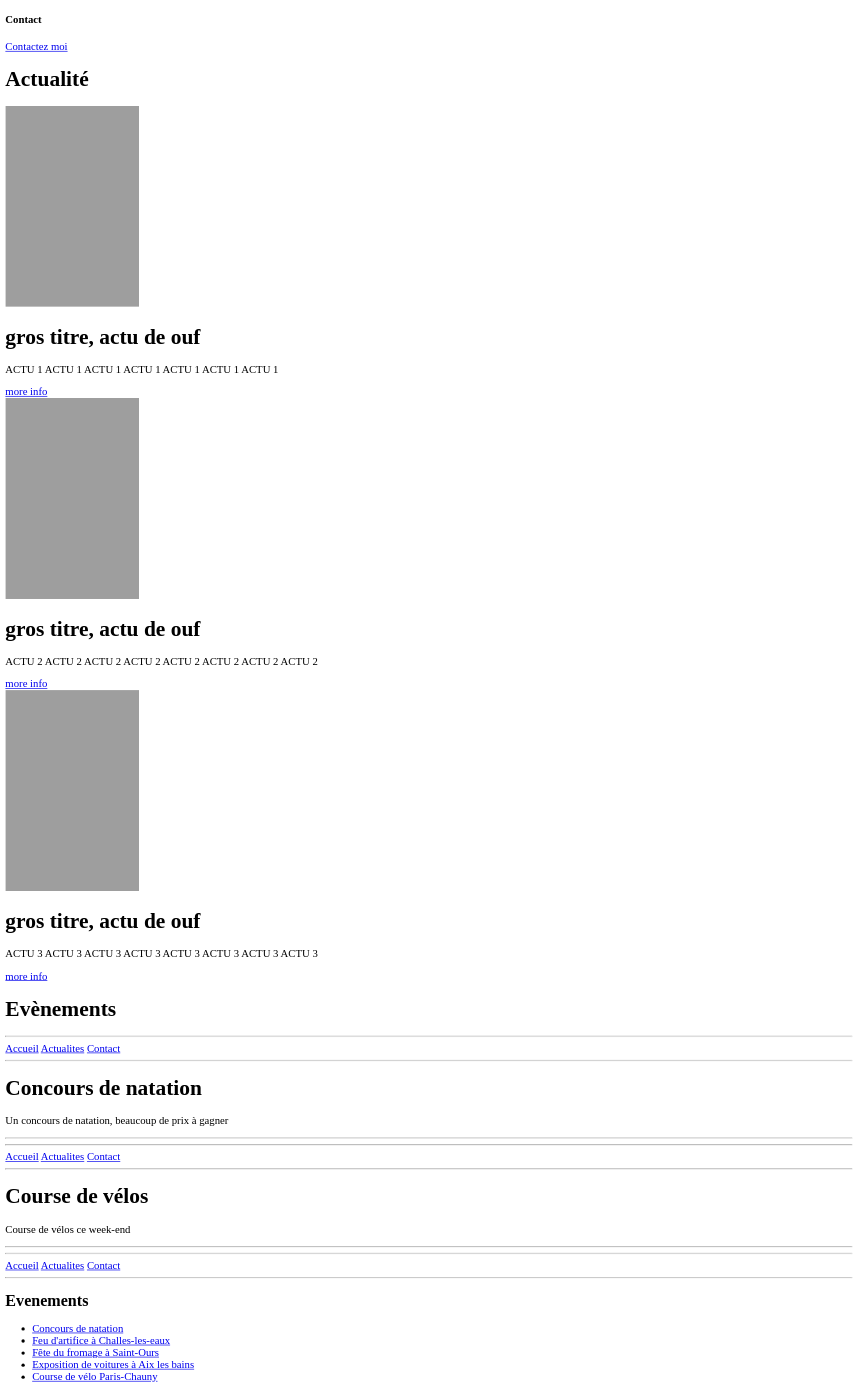
Repository: Mini-T/git-course
Page: index.html
The author's editor kept a copy of each file at every save. The page is drawn from the files as they stood at one save, then again after the next save.
The browser window is 1280 px wide. The pictures show the whole page, at 67% of full size.
Pictures or frames that could not be fetched are drawn as grey boxes.

Above is the page before, as saved 2022-09-26 15:59:24.

After the next save:
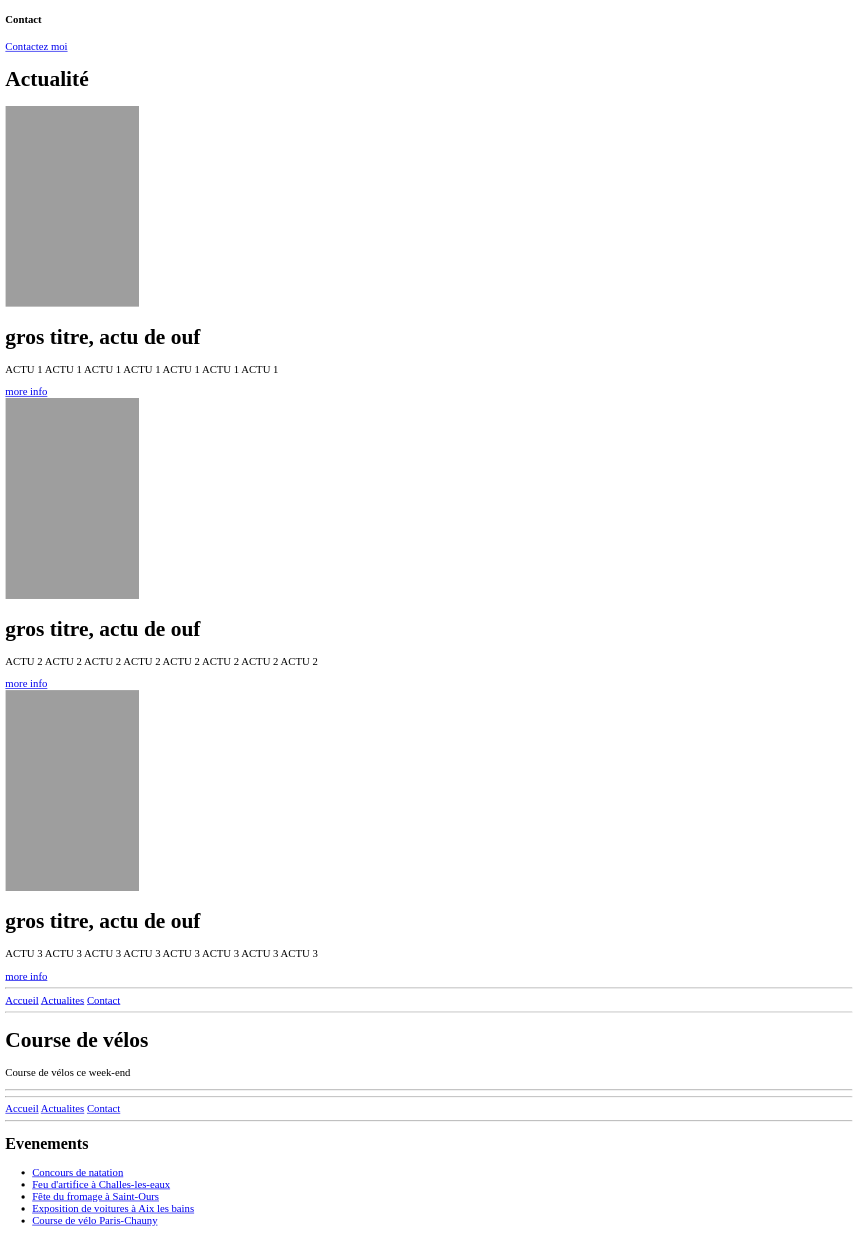
Saved 33 s later.
--- a/index.html
+++ b/index.html
@@ -34,17 +34,6 @@
               </div>
         </div>
         <div>
-            <h1>Evènements</h1>
-            <div>
-                <hr>
-                <a href="../index.html">Accueil</a>
-                <a href="../actualites/actualite.html">Actualites</a>
-                <a href="../contact.html">Contact</a>
-                <hr>
-            </div>
-            <h1>Concours de natation</h1>
-            <p>Un concours de natation, beaucoup de prix à gagner</p>
-            <hr>
             <div>
                 <hr>
                 <a href="../index.html">Accueil</a>
